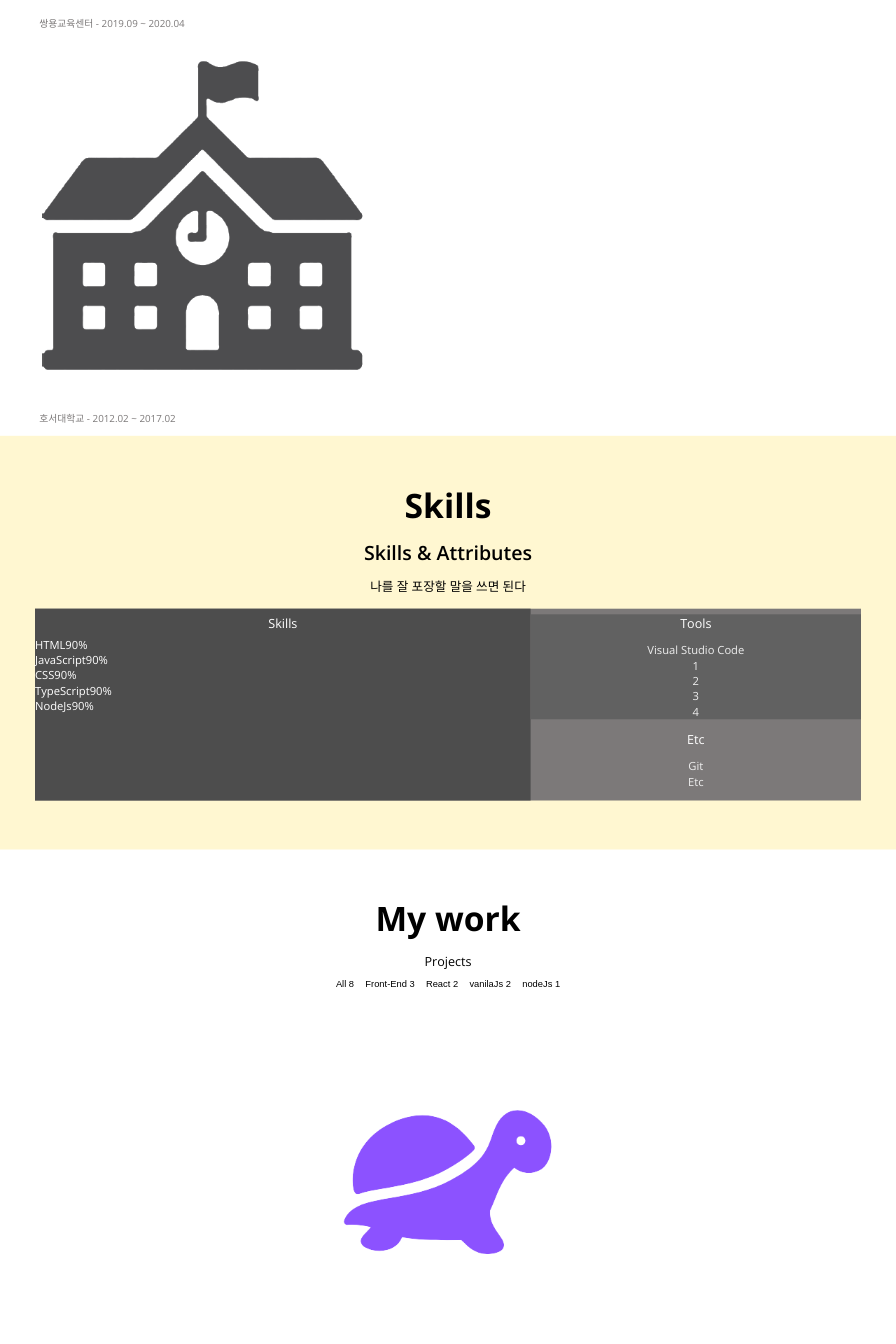
Repository: DevMinwoo-Jung/MinwooPortfolio
Page: index.html
An editor plug-in stored every save of this project. The page is shown before and after the next save, followed by the edit.
The browser window is 1280 px wide. The pictures show the part of the page from y = 2761 to 4681 px (the page is 7890 px tall), at 70% of full size.

Above is the page before, as saved 2021-05-31 14:55:40.

After the next save:
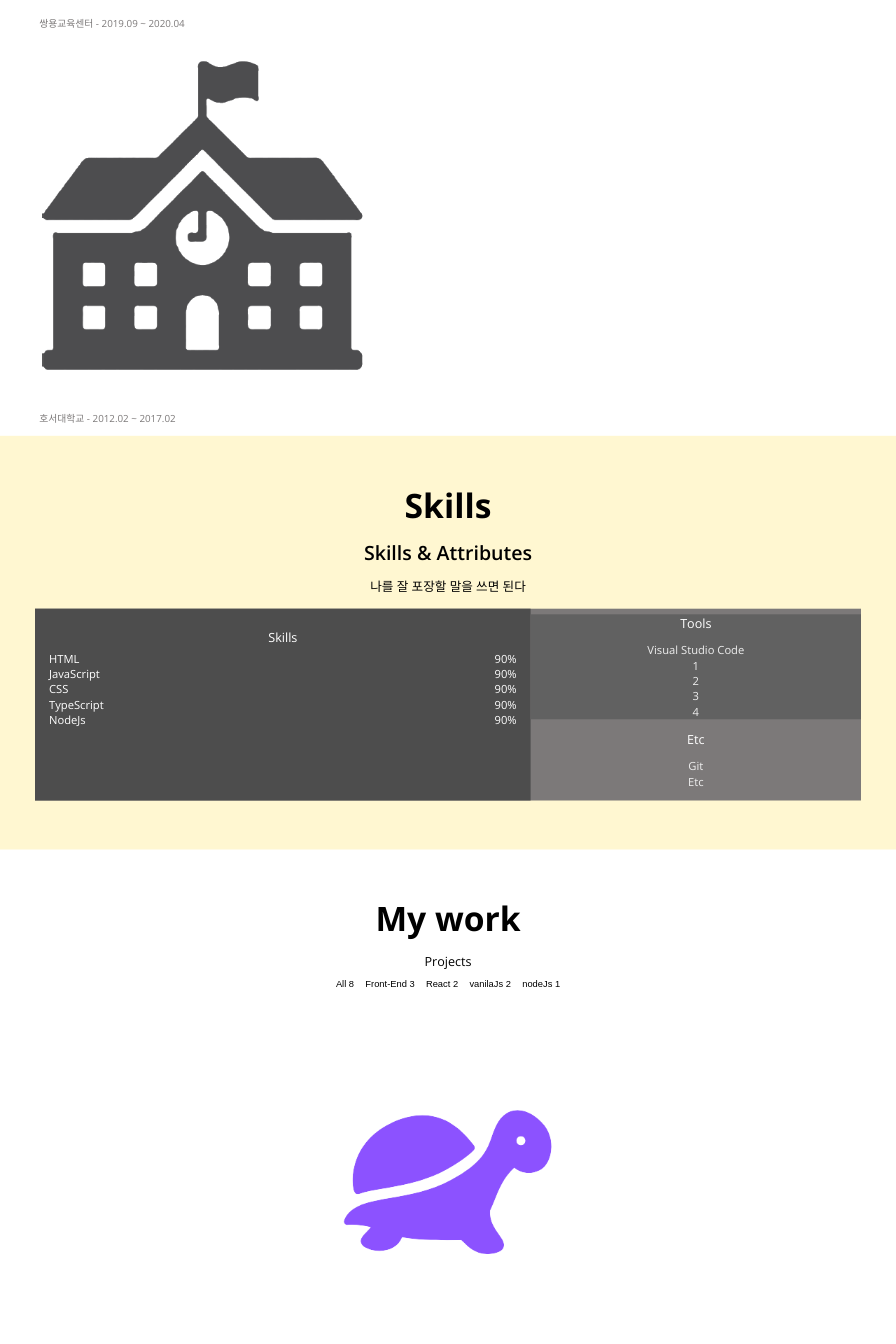
Saved 19 s later.
--- a/style.css
+++ b/style.css
@@ -258,10 +258,12 @@ button {
   flex-basis: 60%;
   background-color: var(--color-dark-grey);
   color: var(--color-white);
+  padding: 20px;
 }
 
 .skill__description {
   display: flex;
+  justify-content: space-between;
 }
 
 .skillset__right {
